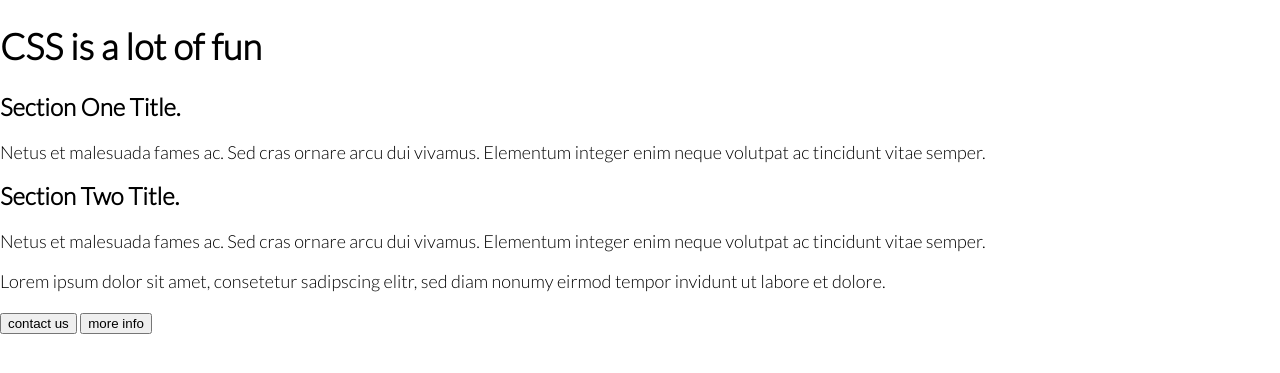
Repository: Doumham-Armah/sample-landing-page
Page: index.html
An editor plug-in stored every save of this project. The page is shown before and after the next save, followed by the edit.
The browser window is 1280 px wide. The pictures show the whole page.

Above is the page before, as saved 2021-08-16 12:31:01.

### index.html
<!DOCTYPE html>
<html lang="en">
  <head>
    <meta charset="UTF-8" />
    <meta http-equiv="X-UA-Compatible" content="IE=edge" />
    <meta name="viewport" content="width=device-width, initial-scale=1.0" />
    <title>Document</title>
    <link rel="preconnect" href="https://fonts.googleapis.com" />
    <link rel="preconnect" href="https://fonts.gstatic.com" crossorigin />
    <link
      href="https://fonts.googleapis.com/css2?family=Lato:wght@300&display=swap"
      rel="stylesheet"
    />
    <link href="./style.css" rel="stylesheet" />
  </head>

  <body>
    <header><h1>CSS is a lot of fun</h1></header>

    <section class="section one">
      <h2>Section One Title.</h2>
      <p>
        Netus et malesuada fames ac. Sed cras ornare arcu dui vivamus. Elementum
        integer enim neque volutpat ac tincidunt vitae semper.
      </p>
    </section>

    <section class="section two">
      <h2>Section Two Title.</h2>
      <p>
        Netus et malesuada fames ac. Sed cras ornare arcu dui vivamus. Elementum
        integer enim neque volutpat ac tincidunt vitae semper.
      </p>
      <p>
        Lorem ipsum dolor sit amet, consetetur sadipscing elitr, sed diam nonumy
        eirmod tempor invidunt ut labore et dolore.
      </p>

      <button>contact us</button>
      <button>more info</button>
    </section>
  </body>
</html>

### style.css
body {
  margin: 0;
  font-family: "Lato", sans-serif;
  font-size: 18px;
}

h1 {
  font-size: 36px;
}
h2 {
  font-size: 24px;
}
h2,
p {
  margin-top: 0;
}

After the next save:
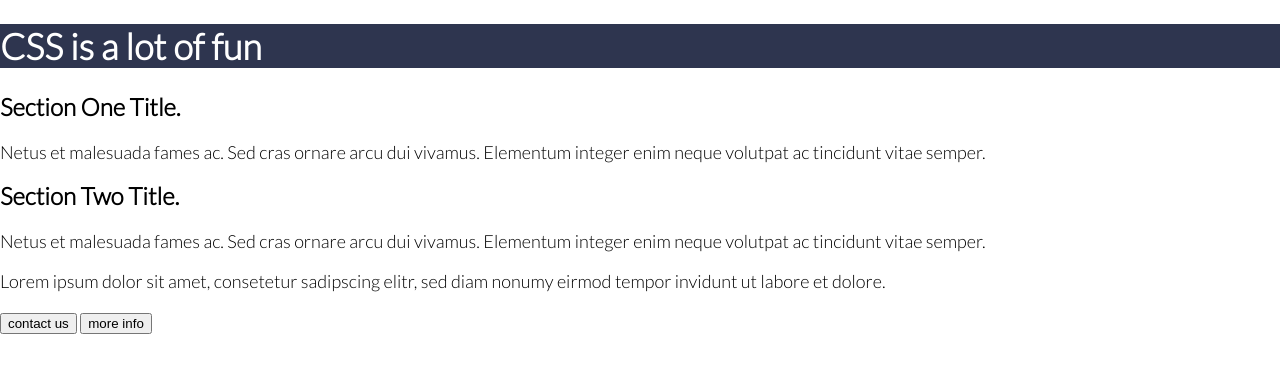
Saved 49 s later.
--- a/style.css
+++ b/style.css
@@ -2,6 +2,10 @@ body {
   margin: 0;
   font-family: "Lato", sans-serif;
   font-size: 18px;
+}
+header {
+  background-color: #2e354f;
+  color: white;
 }
 
 h1 {
